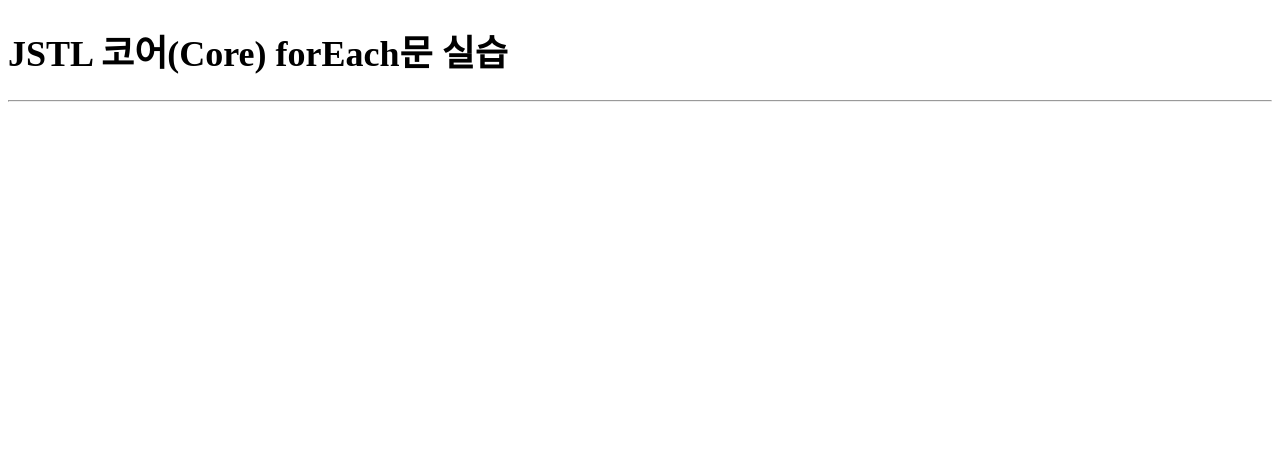
Repository: onpul/Web
Page: http://localhost/WebApp22/Test5.jsp
An editor plug-in stored every save of this project. The page is shown before and after the next save, followed by the edit.
The browser window is 1280 px wide. The pictures show the whole page.
The page is served by Tomcat 9.

Above is the page before, as saved 2022-04-29 01:38:34.

After the next save:
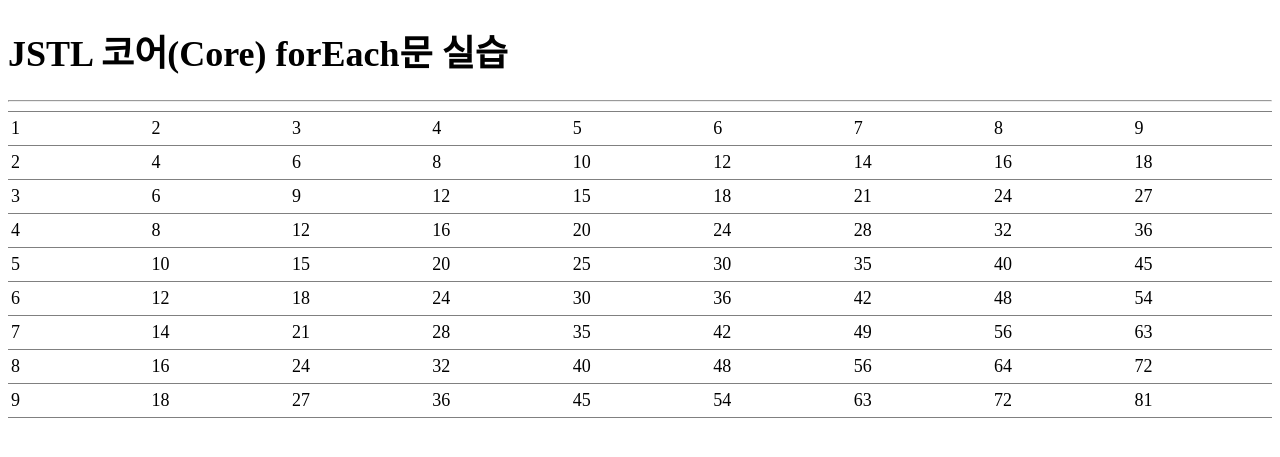
Saved 79 s later.
--- a/WebApp22/WebContent/Test5.jsp
+++ b/WebApp22/WebContent/Test5.jsp
@@ -25,6 +25,11 @@
 		<%-- <c:forEach var="변수" begin="시작값" end="끝값" step="증가값"></c:forEach> --%>
 		<c:forEach var="a" begin="1" end="9" step="1">	<!-- 1 2 3 4 5 6 7 8 9 -->
 		<tr>
+			<c:forEach var="b" begin="1" end="9" step="1">	<!-- 1 2 3 4 5 6 7 8 9 -->
+				<td style="width: 20px;">
+					${a*b }
+				</td>
+			</c:forEach>
 		</tr>
 		</c:forEach>
 
